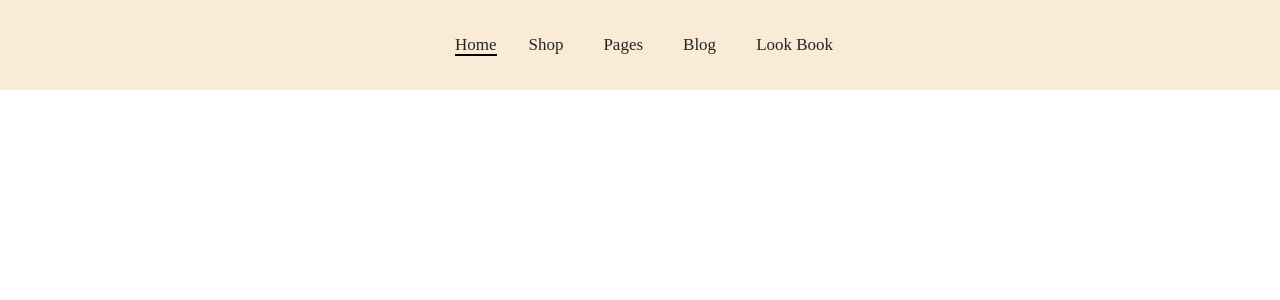
Repository: MorgunovaAlexandra/beauti
Page: index.html
These files come from the project's save history. The page is drawn as it stood at one moment and after the next save; the edit follows.
The browser window is 1280 px wide. The pictures show the whole page.
The pointer rests on the first visible `.menu-list li a`.

Above is the page before, as saved 2022-08-24 12:11:35.

### index.html
<!DOCTYPE html>
<html lang="en">
<head>
    <meta charset="UTF-8">
    <meta http-equiv="X-UA-Compatible" content="IE=edge">
    <meta name="viewport" content="width=device-width, initial-scale=1.0">
    <link rel="stylesheet" href="./style.css">
    <title>Document</title>
</head>
<body>
    <div class="wrapper">
        <header class="header">
            <div class="header-container _container">
            <nav class="dws-menu">
                <ul class="menu-list">
                    <li><a href="#"><i class="fa fa-"></i>Home</a></li>
                    <li><a href="#"><i class="fa fa-"></i>Shop</a></li>
                    <li><a href="#"><i class="fa fa-"></i>Pages</a></li>
                    <li><a href="#"><i class="fa fa-"></i>Blog</a></li>
                    <li><a href="#"><i class="fa fa-"></i>Look Book</a></li>
                </ul>

            </nav>
            </div>
        </header>
    </div>
</body>
</html>

### style.css
* {
	margin: 0;
	padding: 0;
	border: 0;
	box-sizing: border-box;
}
:before,:after{
	padding: 0;
	margin: 0;
	border: 0;
	box-sizing: border-box;
}
html,body{
	height: 100%;
    font-family: 'SofiaProRegular';
	font-size: 18px;
	font-weight: 400;
}

.wrapper{
	width: 100%;
	overflow: hidden;

}
._container{
	max-width: 1170px;
	margin: 0px auto;
	padding: 0px 10px;
}
._container{
	max-width: 1170px;
	margin: 0px auto;
	padding: 0px 10px;
}
/*--------------------------*/
.header {
	font-family: 'TTCommons-Medium';
	position: absolute;/*---------изменено-----------------*/
	width: 100%;
	top: 0;
	left: 0;
	z-index: 50;
	font-size: 17px;
    height: 90px;
    background-color: antiquewhite;

}
.menu-list{
    display: flex;
    justify-content: center;
    align-items: center;
    height: 90px;
    position: relative;
}
.menu-list li a:hover{
    border-bottom: 2px solid black;
    cursor: pointer;
    animation-duration: 3s;
    animation-name: slidein;
}
@keyframes slidein {
    from {
      margin-left: 100%;
      width: 300%;
    }

    to {
      margin-left: 0%;
      width: 100%;
    }
}
a{
    text-decoration: none;
    color:rgb(37, 37, 37);
    margin-left: 40px;
}
li{
    list-style: none;

}

After the next save:
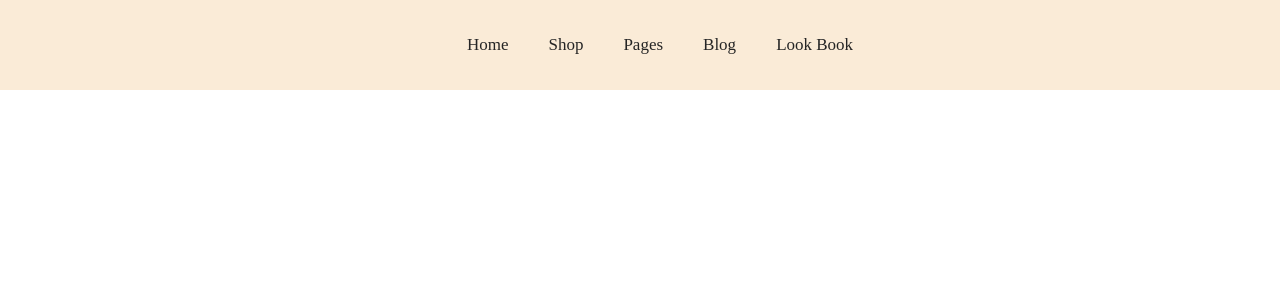
Saved 4 s later.
--- a/style.css
+++ b/style.css
@@ -53,10 +53,7 @@ html,body{
     position: relative;
 }
 .menu-list li a:hover{
-    border-bottom: 2px solid black;
-    cursor: pointer;
-    animation-duration: 3s;
-    animation-name: slidein;
+
 }
 @keyframes slidein {
     from {
